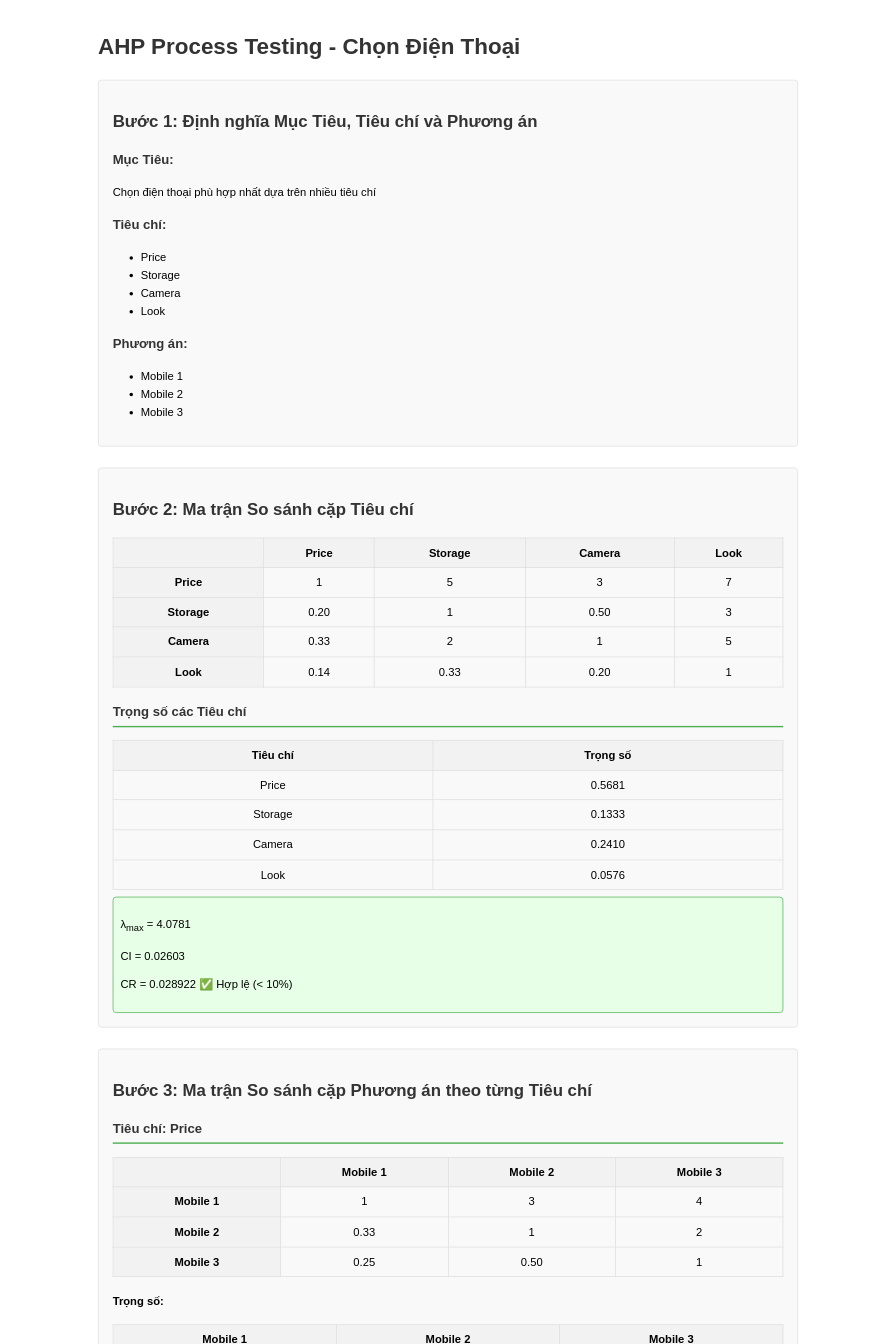
Repository: TuanVu1903/ahp-business
Page: testahp.html
An editor plug-in stored every save of this project. The page is shown before and after the next save, followed by the edit.
The browser window is 1280 px wide. The pictures show the part of the page from y = 0 to 1920 px (the page is 4905 px tall before and 720 px after), at 70% of full size.

Above is the page before, as saved 2025-05-14 16:10:58.

After the next save:
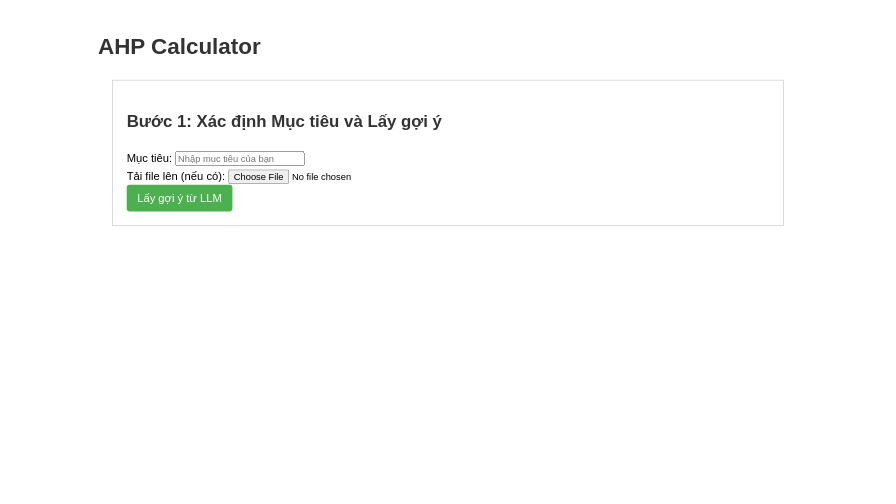
Console error: TypeError: Cannot set properties of null (setting 'innerHTML')
Saved 6 s later.
--- a/testahp.html
+++ b/testahp.html
@@ -3,7 +3,7 @@
 <head>
     <meta charset="UTF-8">
     <meta name="viewport" content="width=device-width, initial-scale=1.0">
-    <title>Test AHP Process - Chọn Điện Thoại</title>
+    <title>AHP Calculator</title>
     <script src="https://cdn.jsdelivr.net/npm/chart.js"></script>
     <style>
         body {
@@ -20,11 +20,25 @@
             color: #333;
         }
         .step {
-            margin-bottom: 30px;
+            display: none;
+            margin: 20px;
             padding: 20px;
-            border: 1px solid #ddd;
-            border-radius: 5px;
-            background-color: #f9f9f9;
+            border: 1px solid #ccc;
+        }
+        .step.active {
+            display: block;
+        }
+        .matrix-input table {
+            border-collapse: collapse;
+        }
+        .matrix-input td {
+            padding: 5px;
+        }
+        .matrix-input input {
+            width: 60px;
+        }
+        .results-section {
+            margin-top: 20px;
         }
         .matrix-table {
             border-collapse: collapse;
@@ -117,73 +131,42 @@
 </head>
 <body>
     <div class="container">
-        <h1>AHP Process Testing - Chọn Điện Thoại</h1>
-
-        <div class="step">
-            <h2>Bước 1: Định nghĩa Mục Tiêu, Tiêu chí và Phương án</h2>
+        <h1>AHP Calculator</h1>
+
+        <!-- Step 1: Goal and LLM Input -->
+        <div id="step1" class="step active">
+            <h2>Bước 1: Xác định Mục tiêu và Lấy gợi ý</h2>
             <div>
-                <h3>Mục Tiêu:</h3>
-                <p>Chọn điện thoại phù hợp nhất dựa trên nhiều tiêu chí</p>
-
-                <h3>Tiêu chí:</h3>
-                <ul id="criteriaList"></ul>
-
-                <h3>Phương án:</h3>
-                <ul id="alternativesList"></ul>
+                <label for="goalInput">Mục tiêu:</label>
+                <input type="text" id="goalInput" placeholder="Nhập mục tiêu của bạn">
             </div>
+            <div>
+                <label for="fileInput">Tải file lên (nếu có):</label>
+                <input type="file" id="fileInput">
+            </div>
+            <button onclick="getLLMSuggestions()">Lấy gợi ý từ LLM</button>
         </div>
 
-        <div class="step">
+        <!-- Step 2: Criteria Matrix -->
+        <div id="step2" class="step">
             <h2>Bước 2: Ma trận So sánh cặp Tiêu chí</h2>
-            <table class="matrix-table" id="criteriaMatrix"></table>
-
-            <h3 class="section-title">Trọng số các Tiêu chí</h3>
-            <table class="weights-table" id="criteriaWeightsTable">
-                <thead>
-                    <tr>
-                        <th>Tiêu chí</th>
-                        <th>Trọng số</th>
-                    </tr>
-                </thead>
-                <tbody id="criteriaWeightsBody"></tbody>
-            </table>
-
-            <div id="criteriaConsistency" class="consistency-check"></div>
+            <div id="criteriaMatrixContainer" class="matrix-input"></div>
+            <button onclick="saveCriteriaMatrix()">Lưu và Tiếp tục</button>
         </div>
 
-        <div class="step">
-            <h2>Bước 3: Ma trận So sánh cặp Phương án theo từng Tiêu chí</h2>
-            <div id="alternativeMatrices"></div>
+        <!-- Step 3: Alternative Matrices -->
+        <div id="step3" class="step">
+            <h2>Bước 3: Ma trận So sánh cặp Phương án</h2>
+            <div id="alternativeMatricesContainer"></div>
+            <button onclick="calculateFinalResults()">Tính toán Kết quả</button>
         </div>
 
-        <div class="step">
-            <h2>Bước 4: Tổng hợp Kết quả</h2>
-
-            <h3 class="section-title">Trọng số các Phương án theo từng Tiêu chí</h3>
-            <table class="final-weights-table" id="alternativeWeightsTable">
-                <thead id="alternativeWeightsHead"></thead>
-                <tbody id="alternativeWeightsBody"></tbody>
-            </table>
-
-            <h3 class="section-title">Điểm số Cuối cùng</h3>
-            <table class="matrix-table" id="finalResultsTable">
-                <thead>
-                    <tr>
-                        <th>Phương án</th>
-                        <th>Điểm số</th>
-                        <th>Xếp hạng</th>
-                    </tr>
-                </thead>
-                <tbody id="finalResultsBody"></tbody>
-            </table>
-
-            <div class="chart-wrapper">
-                <h3>Biểu đồ Kết quả Cuối cùng</h3>
-                <canvas id="finalScoresChart"></canvas>
-            </div>
+        <!-- Step 4: Results -->
+        <div id="step4" class="step">
+            <h2>Kết quả Cuối cùng</h2>
+            <div id="finalResults"></div>
+            <canvas id="resultsChart"></canvas>
         </div>
-
-        <button id="calculateButton">Tính toán AHP</button>
     </div>
 
     <script>
